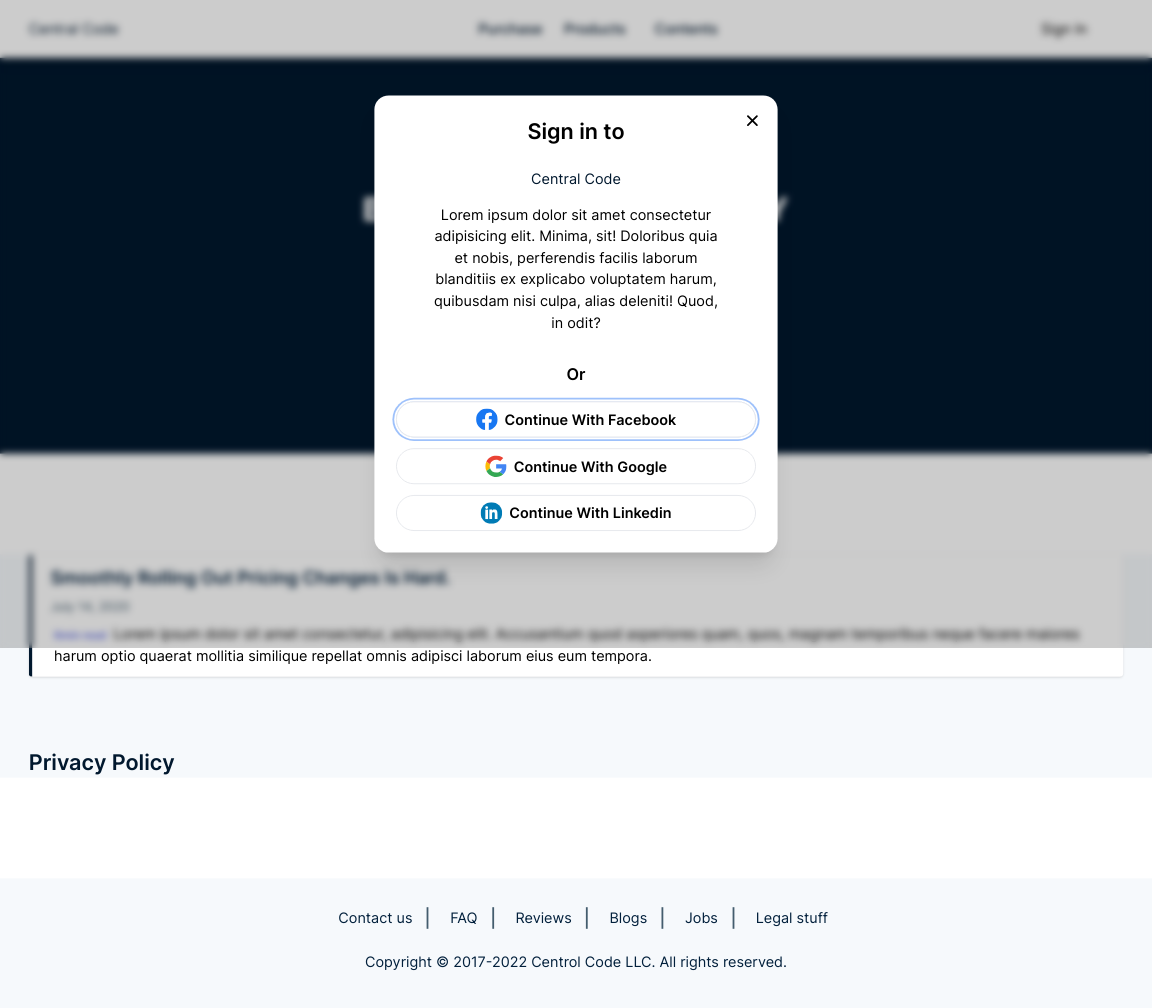
Repository: om1ars/Xjkey
Page: /privacy
The author's editor kept a copy of each file at every save. The page is drawn from the files as they stood at one save, then again after a run of saves.
The browser window is 1280 px wide. The pictures show the whole page, at 90% of full size.
The project was rebuilt for these pictures with package versions that can differ from the ones it lists, and the page was loaded fresh each time. The framework's server and built-in components were replaced by stand-ins that run in the browser. Also part of the build but not shown: next.config.js.

Above is the page before, as saved 2022-03-20 23:21:50.

### src/pages/_app.tsx
import "@/css/fonts.css";
// Import Swiper styles
import "swiper/css";
import "swiper/css/free-mode";
import "swiper/css/scrollbar";
import "swiper/css/navigation";
//
import "@/css/main.scss";
import type { AppProps } from "next/app";
import { ThemeProvider } from "next-themes";
import { Header } from "@/components/Header";
import DefaultLayout from "@/layouts/DefaultLayout";
import Head from "next/head";

function MyApp({ Component, pageProps }: AppProps) {
  return (
    <>
      <Head>
        <link
          rel="stylesheet"
          href="https://cdn.jsdelivr.net/gh/devicons/devicon@latest/devicon.min.css"
        />
      </Head>
      <ThemeProvider attribute="class" defaultTheme="system">
        <DefaultLayout>
          <Component {...pageProps} />
        </DefaultLayout>
      </ThemeProvider>
    </>
  );
}

export default MyApp;

### src/pages/_document.tsx
import NextDocument, {
  Html,
  Head,
  Main,
  NextScript,
  DocumentContext,
} from 'next/document';

export default class Document extends NextDocument {
  static async getInitialProps(ctx: DocumentContext) {
    const initialProps = await NextDocument.getInitialProps(ctx);
    return { ...initialProps };
  }

  render() {
    return (
      <Html lang='en' className='dark'>
        <Head>
          <link href='/favicons/site.webmanifest' rel='manifest' />
          <link href='/favicons/favicon.ico' rel='shortcut icon' />
          <link
            href='/favicons/apple-touch-icon.png'
            rel='apple-touch-icon'
            sizes='180x180'
          />
          <link
            href='/favicons/favicon-32x32.png'
            rel='icon'
            sizes='32x32'
            type='image/png'
          />
          <link
            href='/favicons/favicon-16x16.png'
            rel='icon'
            sizes='16x16'
            type='image/png'
          />
          <link
            rel='mask-icon'
            href='/favicons/safari-pinned-tab.svg'
            color='#6366f1'
          />
          <meta content='#ffffff' name='theme-color' />
          <meta content='#ffffff' name='msapplication-TileColor' />
          <meta
            content='/favicons/browserconfig.xml'
            name='msapplication-config'
          />
        </Head>
        <body className='dark:highlight-white/5 bg-neutral-100 text-slate-900 antialiased dark:bg-gray-800 dark:text-white'>
          <Main />
          <NextScript />
        </body>
      </Html>
    );
  }
}

### src/pages/privacy.tsx
import Hero from "@/components/HomeComponents/Hero";
import React from "react";

export default function Privacy() {
  return (
    <div>
      <Hero title="Boring Privacy Policy" subtitle="Because we gotta have it" />

      <main
        className="mx-auto max-w-screen-xl bg-whiteBg px-6 sm:px-8 "
        id="video-explanation"
      >
        <div className="mt-28 mb-28 space-y-20">
          <div className="rounded border-l-4 border-mainBg bg-white py-3 px-5 shadow transition-all hover:-translate-y-1 hover:shadow-lg">
            <div className="flex flex-row items-center justify-between">
              <div>
                <h6 className="text-xl font-semibold  text-textBold">
                  Smoothly Rolling Out Pricing Changes Is Hard.
                </h6>
                <h4 className="mt-2 mb-2  text-left text-sm text-textColor">
                  July 14, 2020
                </h4>
              </div>
              <div></div>
            </div>
            <div className="flex flex-row items-center justify-start text-left">
              <span className="mr-1"></span>
              <p>
                <span className="mr-2 text-xs  font-semibold  text-buttonBg">
                  6min read
                </span>
                <span>
                  Lorem ipsum dolor sit amet consectetur, adipisicing elit.
                  Accusantium quod asperiores quam, quos, magnam temporibus
                  neque facere maiores harum optio quaerat mollitia similique
                  repellat omnis adipisci laborum eius eum tempora.{" "}
                </span>
              </p>
            </div>
          </div>
          <h1 className="text-2xl  font-semibold text-mainBg">Privacy Policy</h1>
          <span>

          </span>
        </div>
      </main>
    </div>
  );
}

### src/css/fonts.css
@font-face {
  font-family: "Inter var";
  font-weight: 100 900;
  font-display: swap;
  font-style: normal;
  font-named-instance: "Regular";
  src: url("../fonts/Inter-roman-latin.var.woff2") format("woff2");
}

@font-face {
  font-family: "Inter var";
  font-weight: 100 900;
  font-display: swap;
  font-style: italic;
  font-named-instance: "Italic";
  src: url("../fonts/Inter-italic-latin.var.woff2") format("woff2");
}

### src/css/main.scss
@tailwind base;
@tailwind components;
@tailwind utilities;
@import "./flip-card.scss";
@import "node_modules/react-modal-video/scss/modal-video.scss";

@layer base {
  .dark {
    color-scheme: dark;
  }
}

/* styling Swiper default navigations elements */
.swiper-button-next {
  background-color: theme("colors.white");
  height: 40px;
  width: 40px;
  border-radius: 100px;
  box-shadow: theme("boxShadow.lg");
  transition: all;
  transition-duration: 150ms;
}

html.dark .swiper-button-next {
  background-color: theme("colors.mainBg");
}

.swiper-button-next:hover {
  background-color: theme("colors.mainBg");
}

html.dark .swiper-button-next:hover {
  background-color: theme("colors.mainBg");
}

.swiper-button-next::after {
  color: black;
  font-size: 1rem;
  font-weight: bold;
}
html.dark .swiper-button-next::after {
  color: theme("colors.white");
}

.swiper-button-prev {
  background-color: theme("colors.white");
  height: 40px;
  width: 40px;
  border-radius: 100px;
  box-shadow: theme("boxShadow.lg");
  transition: all;
  transition-duration: 150ms;
}

html.dark .swiper-button-prev {
  background-color: theme("colors.mainBg");
}

.swiper-button-prev:hover {
  background-color: theme("colors.mainBg");
}

html.dark .swiper-button-prev:hover {
  background-color: theme("colors.mainBg");
}

.swiper-button-prev::after {
  color: black;
  font-size: 1rem;
  font-weight: bold;
}
html.dark .swiper-button-prev::after {
  color: theme("colors.white");
}

html.dark .swiper-scrollbar {
  background: rgb(255, 255, 255, 0.2);
}
html.dark .swiper-scrollbar-drag {
  background: rgb(255, 255, 255, 0.6);
}
/* end of styling Swiper default navigations elements */

.front_main_drop:hover .front_sub_drop {
  display: block;
}
.back_main_drop:hover .back_sub_drop {
  display: block;
}

::-webkit-scrollbar {
  width: 4px;
}

/* Handle */
::-webkit-scrollbar-thumb {
  background: #626ee3;
  border-radius: 6px;
}

/* Handle on hover */
::-webkit-scrollbar-thumb:hover {
  background: #535DC5;
}

### src/layouts/DefaultLayout.tsx
import Footer from "@/components/Footer";
import { Header } from "@/components/Header";
import React, { FC } from "react";

export default function DefaultLayout({ children }: any) {
  return (
    <div>
      <Header />
      <main>{children}</main>
      <Footer />
    </div>
  );
}

### src/components/HomeComponents/Hero.tsx
import React, { useEffect, useState } from "react";
import Image from "next/image";
import { Transition } from "@headlessui/react";
import { Button, IconButton } from "../Button";

const Hero = ({ title, subtitle }: any) => {
  const [showBanner, setShowBanner] = useState(true);
  return (
    <>
      <div className="relative h-[640px] w-full bg-mainBg text-white sm:h-[55vh] md:h-[440px]">
        {/* <Image
          src="/img/corporate.jpg"
          alt="corporate"
          layout="fill"
          objectFit="cover"
        /> */}
        <div className="absolute inset-0 bg-neutral-900/70">
          <div className="mx-auto max-w-screen-lg">
            <div className="m-6 min-h-[60px]">

            </div>
            <div className="mx-4  mt-16 flex flex-col items-center text-center">
              <h1 className="text-xl font-extrabold uppercase tracking-wide text-white sm:text-4xl md:text-3xl lg:text-4xl">
                {title}
              </h1>
              <span className="mt-6 text-xl text-white sm:text-2xl">
                {subtitle}
              </span>

              <div className="mt-8">
                {/* <SearchForm /> */}
              </div>
            </div>
          </div>
        </div>
      </div>
      {/* <HeroBottomCard /> */}
    </>
  );
};

export default Hero;

const HeroInnerBanner: React.FC<{ show: boolean; onClose: () => void }> = ({
  show,
  onClose,
}) => {
  return (
    <Transition
      show={show}
      enter="transition-opacity duration-75"
      enterFrom="opacity-0"
      enterTo="opacity-100"
      leave="transition-opacity duration-150"
      leaveFrom="opacity-100"
      leaveTo="opacity-0"
    >
      <div className="relative rounded bg-gradient-to-r from-purple-500 to-indigo-800 py-3 px-8 text-center text-white shadow-lg md:rounded-full">
        <p>
          Welcome to <span className="font-bold">HIREDLi</span>. An easier and
          faster job discovery platform.
        </p>
        <span className="absolute top-1 right-1 sm:top-2 sm:right-2">
          <IconButton
            aria-label="close banner"
            variant="ghost"
            size="sm"
            onClick={onClose}
          >
            <svg
              className="h-6 w-6"
              fill="none"
              viewBox="0 0 24 24"
              stroke="currentColor"
            >
              <path
                strokeLinecap="round"
                strokeLinejoin="round"
                strokeWidth={2}
                d="M6 18L18 6M6 6l12 12"
              />
            </svg>
          </IconButton>
        </span>
      </div>
    </Transition>
  );
};

const items = [
  "Algorithms adn DSA",
  "Advanced React.js",
  "Interview questions",
];

const SearchForm = () => {
  const [query, setQuery] = useState("");
  const [isDirty, setIsDirty] = useState(false);

  useEffect(() => {
    let index = 0;
    let interval = setInterval(() => {
      if (!isDirty) {
        let value = items[index >= items.length ? (index = 0) : index];
        setQuery(value);
      }
      index++;
    }, 2000);

    return () => {
      clearInterval(interval);
    };
  }, [isDirty]);

  return (
    <form
      className="group"
      onSubmit={(e) => {
        e.preventDefault();
      }}
    >
      <div
        id="form-control"
        className="flex items-center overflow-hidden rounded-full bg-white shadow-md group-focus-within:ring-2 group-focus-within:ring-indigo-400 group-focus-within:ring-offset-2 group-focus-within:ring-offset-transparent"
      >
        <span className="pointer-events-none block px-2 text-textBold group-focus-within:text-textBold">
          <svg
            className="h-6 w-6"
            fill="none"
            viewBox="0 0 24 24"
            stroke="currentColor"
          >
            <path
              strokeLinecap="round"
              strokeLinejoin="round"
              strokeWidth={2}
              d="M21 21l-6-6m2-5a7 7 0 11-14 0 7 7 0 0114 0z"
            />
          </svg>
        </span>
        <input
          className="w-full outline-none border-none appearance-none border-transparent p-2 text-xl leading-6 text-textBold placeholder-textBold focus:border-transparent focus:ring-0"
          type="text"
          aria-label="Search input"
          placeholder="Search for anything"
          onClick={() => {
            if (!isDirty) {
              setIsDirty(true);
              setQuery("");
            }
          }}
          value={query}
          onChange={(e) => setQuery(e.target.value)}
        />
        <button
          type="submit"
          className="hidden h-11 shrink-0  bg-buttonBg px-2 font-semibold text-white transition-colors duration-500 ease-in-out hover:bg-buttonHover sm:block"
        >
          Discover Now
        </button>
      </div>
      <Button size="lg" type="submit" className="mt-8 sm:hidden">
        Discover Now
      </Button>
    </form>
  );
};

### src/css/flip-card.scss
.algo_flip_card_container {
  width: 100%;
  padding: 40px;
  height: 100%;
  background: #02203c;
  //   display: flex;
  justify-content: center;
  align-items: center;
}
.services-box {
  display: flex;
  justify-content: center;
  align-items: center;
  flex-wrap: wrap;
}

.service {
  margin: 8px;
}

.flip-box {
  background-color: transparent;
  width: 300px;
  height: 200px;
  //   border: 1px solid #15314b;
  border-radius: 10px;
  perspective: 1000px;
}

.flip-box-inner {
  position: relative;
  width: 100%;
  height: 100%;
  text-align: center;
  transition: transform 0.4s;
  transform-style: preserve-3d;

  display: flex;
  justify-content: center;
  align-items: center;
}

.flip-box:hover .flip-box-inner {
  transform: rotateY(180deg);
}

.flip-box-front,
.flip-box-back {
  position: absolute;
  width: 100%;
  height: 100%;
  -webkit-backface-visibility: hidden;
  backface-visibility: hidden;

  display: flex;
  justify-content: center;
  align-items: center;
  flex-direction: column;
}

.flip-box-front {
  background-color: #15314b;
  color: white;
  border-radius: 4px;
}

.flip-box-front img {
  height: 50px;
  width: 50px;
}

.flip-box-back {
  background-color: #15314b;
  color: white;
  transform: rotateY(180deg);
  border-radius: 4px;
  padding: 16px;
}

### src/components/Footer.tsx
import Link from "next/link";
import React from "react";

export default function Footer() {
  return (
    <div>
      <div className="mt-10 flex flex-col items-center justify-center bg-whiteBg pl-48 pr-48 pt-8 pb-10 text-textBold">
        <div className="sm:flex sm:flex-wrap md:flex md:flex-wrap lg:flex ">
          <div className="ml-4 flex ">
            <span className="mr-2 ml-2">
              <Link href="/help">Contact us</Link>
            </span>
            <div className=" ml-2 w-0.5 bg-textColor"></div>
          </div>
          <div className="ml-4 flex ">
            <span className="mr-2 ml-2">
              <Link href="/help">FAQ</Link>
            </span>
            <div className=" ml-2 w-0.5 bg-textColor"></div>
          </div>
          <div className="ml-4 flex ">
            <span className="mr-2 ml-2">Reviews</span>
            <div className=" ml-2 w-0.5 bg-textColor"></div>
          </div>
          <div className="ml-4 flex ">
            <span className="mr-2 ml-2">
              <Link href="/blog">Blogs</Link>
            </span>
            <div className=" ml-2 w-0.5 bg-textColor"></div>
          </div>
          <div className="ml-4 flex ">
            <span className="mr-2 ml-2">Jobs</span>
            <div className=" ml-2 w-0.5 bg-textColor"></div>
          </div>
          <div className="ml-4 flex ">
            <span className="mr-2 ml-2 ">
              <Link href="/privacy">Legal stuff</Link>
            </span>
          </div>
        </div>
        <div className="mt-6">
          <span>
            Copyright © 2017-2022 Centrol Code LLC. All rights reserved.
          </span>
        </div>
      </div>
    </div>
  );
}

### src/components/Button/index.tsx
import React, { forwardRef } from "react";
import { __DEV__ } from "@/utils/assertions";

type BaseButtonProps = Omit<React.HTMLProps<HTMLButtonElement>, "size">;

/* === Button Element === */

export interface ButtonProps extends BaseButtonProps {
  children: React.ReactNode;
  fullWidth?: boolean;
  className?: string;
  variant?: "solid" | "outline" | "ghost";
  size?: "sm" | "md" | "lg";
  as?: string;
  isExternal?: boolean;
  type?: "button" | "submit" | "reset";
}

export const Button = forwardRef<HTMLButtonElement, ButtonProps>(
  (
    {
      children,
      variant = "solid",
      size = "md",
      fullWidth = false,
      className,
      as = "button",
      isExternal = false,
      ...rest
    },
    ref
  ) => {
    let tempClassNames: string[] = [];

    const sharedClasses = [
      "capitalize",
      "focus:outline-none",
      "focus:ring-2",
      "focus:ring-sky-400",
      "focus:ring-offset-2",
      "focus:ring-offset-sky-50",
      "font-semibold",
      "rounded-full",
      "inline-flex",
      "flex-shrink-0",
      "items-center",
      "justify-center",
      "transition-colors",
      "ease-in-out",
      "duration-500",
    ];

    if (fullWidth) sharedClasses.push("w-full");

    // handle variants
    let btnSolid = ["bg-sky-600", "hover:bg-sky-700", "text-white"];
    let btnOutline = [
      "dark:text-white",
      "hover:text-sky-700",
      "hover:dark:text-sky-700",
      "bg-transparent",
      "hover:bg-sky-50",
      "border",
      "border-sky-600",
    ];
    let btnGhost = [
      "bg-transparent",
      "dark:text-white",
      "hover:bg-sky-50",
      "hover:text-sky-700",
      "hover:dark:text-sky-700",
    ];

    if (variant === "solid") {
      tempClassNames = [...sharedClasses, ...btnSolid];
    } else if (variant === "outline") {
      tempClassNames = [...sharedClasses, ...btnOutline];
    } else if (variant === "ghost") {
      tempClassNames = [...sharedClasses, ...btnGhost];
    }

    // handle sizes
    let sizeSm = ["h-8", "px-2", "text-sm"];
    let sizeMd = ["h-10", "px-3"];
    let sizeLg = ["h-12", "px-4", "text-lg"];

    if (size === "sm") {
      tempClassNames = [...tempClassNames, ...sizeSm];
    } else if (size === "md") {
      tempClassNames = [...tempClassNames, ...sizeMd];
    } else if (size === "lg") {
      tempClassNames = [...tempClassNames, ...sizeLg];
    }

    let classes = tempClassNames.join(" ");

    let Element = as ? (
      React.createElement(
        as,
        {
          className: `${classes} ${className}`,
          target: isExternal ? "_blank" : undefined,
          rel: isExternal ? "noopener noreferrer" : undefined,
          ref,
          ...rest,
        },
        children
      )
    ) : (
      <button {...rest} className={`${classes} ${className}`} ref={ref}>
        {children}
      </button>
    );

    return Element;
  }
);

if (__DEV__) {
  Button.displayName = "Button";
}

/* === IconButton Element === */

export interface IconButtonProps extends ButtonProps {
  icon?: React.ReactElement;
  "aria-label": string;
}

export const IconButton = forwardRef<HTMLButtonElement, IconButtonProps>(
  (
    {
      children,
      icon,
      className,
      "aria-label": ariaLabel,
      size = "md",
      ...rest
    },
    ref
  ) => {
    let sharedClasses = ["rounded-full", "!px-0"];

    // handle sizes
    let sizeSm = ["w-8"];
    let sizeMd = ["w-10"];
    let sizeLg = ["w-12"];

    if (size === "sm") {
      sharedClasses = [...sharedClasses, ...sizeSm];
    } else if (size === "md") {
      sharedClasses = [...sharedClasses, ...sizeMd];
    } else if (size === "lg") {
      sharedClasses = [...sharedClasses, ...sizeLg];
    }

    /**
     * Passing the icon as prop or children should work
     */
    const element = icon || children;
    const _children = React.isValidElement(element)
      ? React.cloneElement(element as any, {
          "aria-hidden": true,
          focusable: false,
        })
      : null;

    let classes = sharedClasses.join(" ");
    return (
      <Button
      className={`${classes} ${className}`}
        aria-label={ariaLabel}
        size={size}
        {...rest}
        ref={ref}
      >
        {_children}
      </Button>
    );
  }
);

if (__DEV__) {
  IconButton.displayName = "IconButton";
}

### src/components/Logo.tsx
import clsx from "clsx";
import React from "react";

export default function Logo() {
  return (
    <span
      className='text-mainBg'
    >
      Central Code
    </span>
  );
}

### src/utils/assertions.ts
export const __DEV__ = process.env.NODE_ENV !== "production";

Loaded but not shown: tailwind.config.js (40 lines, source omitted); src/components/Header.tsx (386 lines, source omitted); src/components/HomeComponents/AuthenticationDialog.tsx (206 lines, source omitted); src/components/ThemeToggle.tsx (220 lines, source omitted)

After the next 3 saves:
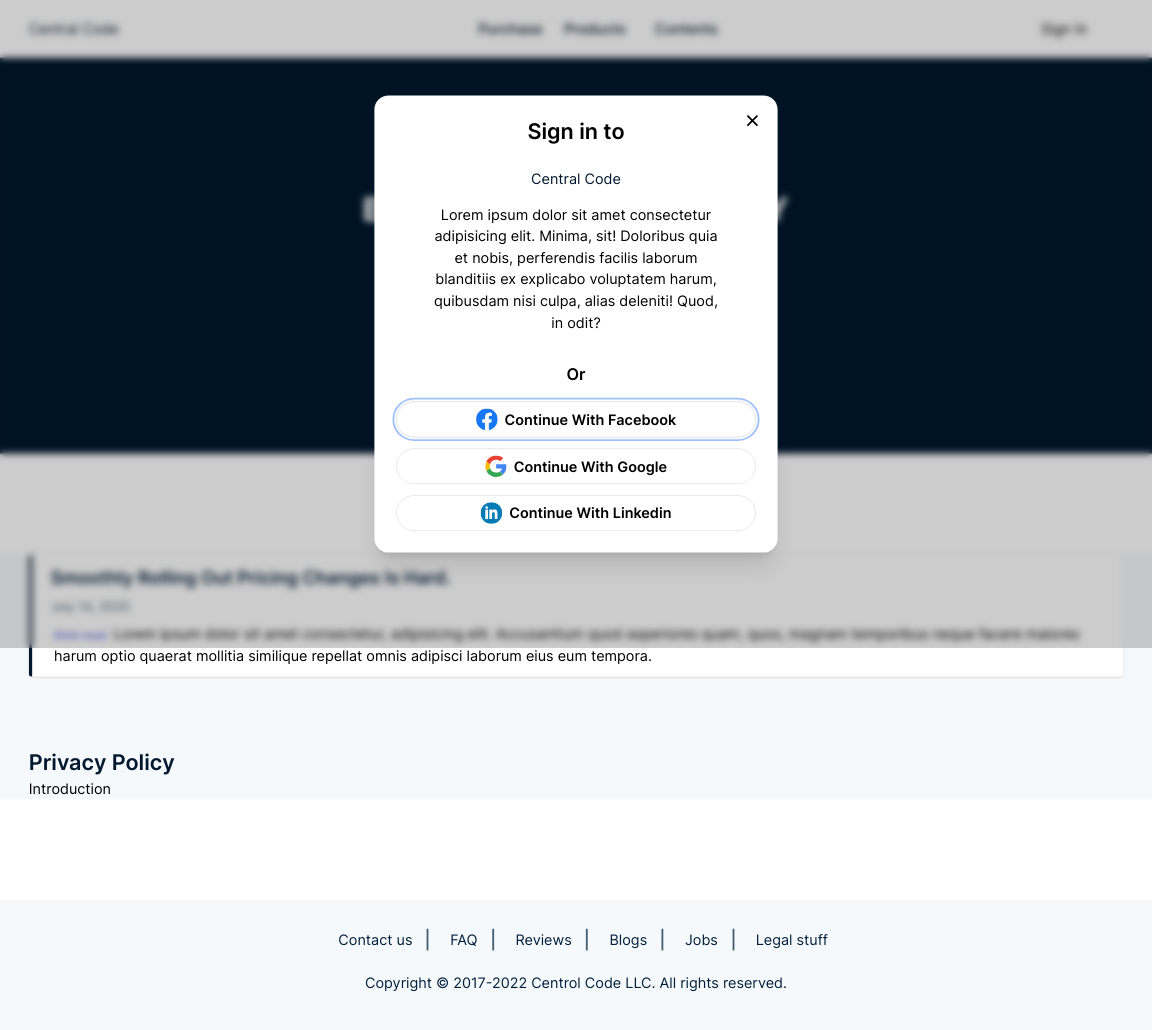
The 3 saves are shown as one change because they came seconds apart.
The last was saved 9 s later.
--- a/src/pages/privacy.tsx
+++ b/src/pages/privacy.tsx
@@ -40,7 +40,8 @@ export default function Privacy() {
           </div>
           <h1 className="text-2xl  font-semibold text-mainBg">Privacy Policy</h1>
           <span>
-
+            <span>Introduction</span>
+            <p></p>
           </span>
         </div>
       </main>
